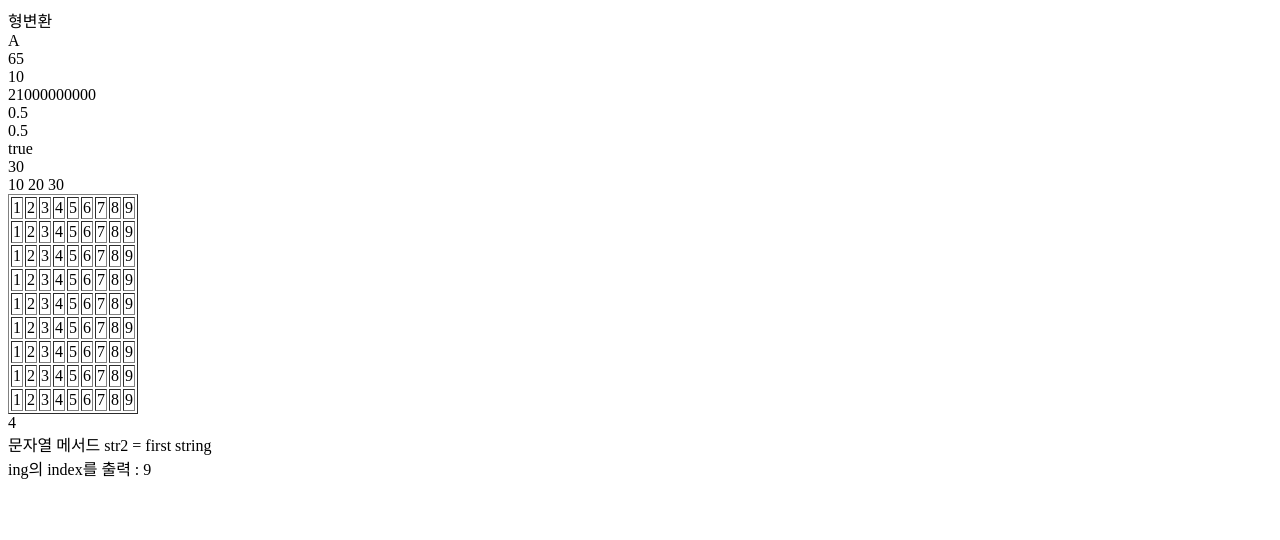
Repository: jeong3/Real_Time_Date
Page: http://localhost/jspGrammar1/Grammar1.jsp
The author's editor kept a copy of each file at every save. The page is drawn from the files as they stood at one save, then again after the next save.
The browser window is 1280 px wide. The pictures show the whole page.
The page is served by Tomcat 9.

Above is the page before, as saved 2024-08-30 05:27:55.

After the next save:
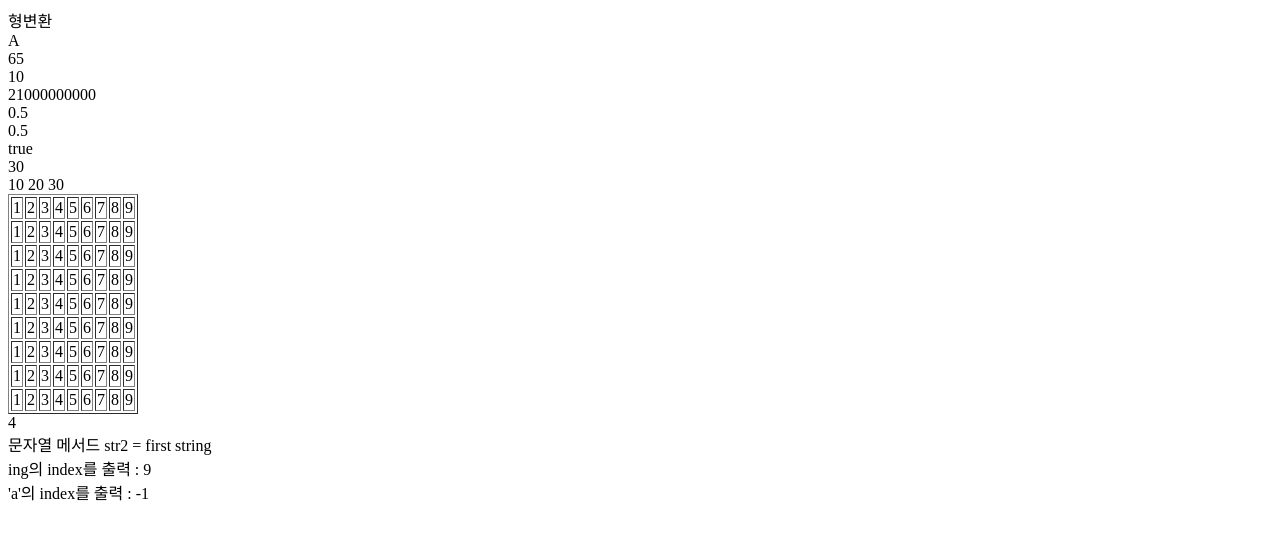
Saved 67 s later.
--- a/eclipse/eclipse-workspace/jspGrammar1/src/main/webapp/Grammar1.jsp
+++ b/eclipse/eclipse-workspace/jspGrammar1/src/main/webapp/Grammar1.jsp
@@ -72,6 +72,8 @@
 	%>
 	str2 = <%= str2 %><br />
 	ing의 index를 출력 : <%= str2.indexOf("ing") %><br />
+	'a'의 index를 출력 : <%= str2.indexOf('a') %><br />
+
 
 
 
